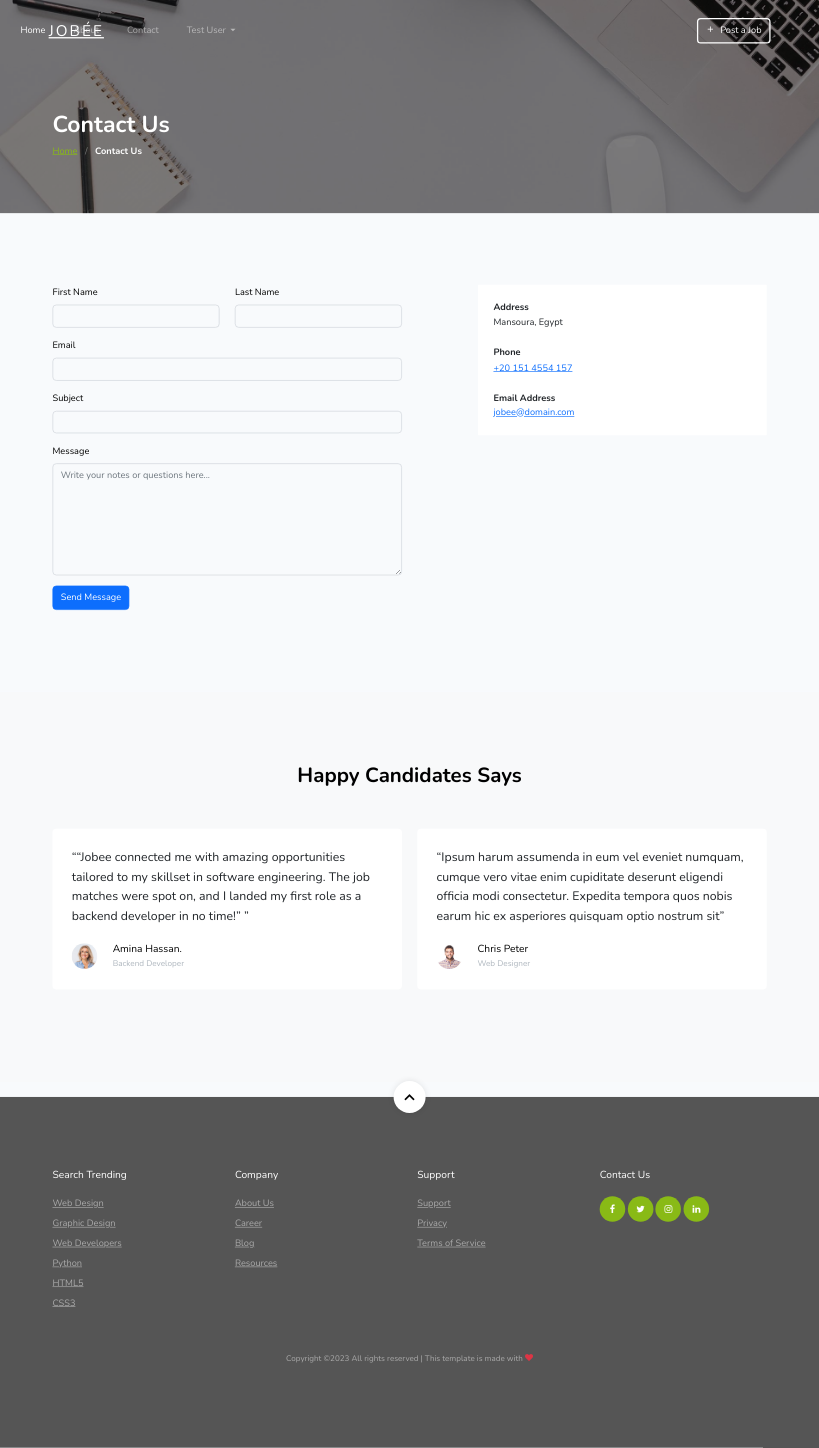
Repository: sara55m/Jobee
Page: http://localhost/contact
The author's editor kept a copy of each file at every save. The page is drawn from the files as they stood at one save, then again after the next save.
The browser window is 1280 px wide. The pictures show the whole page, at 64% of full size.
The page is served by the project's Laravel application, run on PHP 8.4 with Laravel 10. A made-up administrator, Test User (test@example.com), is signed in. Other server files are loaded and not shown. Style sheets and scripts are compiled from the project's sources, by tool versions that may differ from the author's.

Above is the page before, as saved 2024-10-31 05:05:42.

### routes/web.php
<?php

use Illuminate\Support\Facades\Route;
use App\Http\Controllers\HomeController;
use App\Http\Controllers\Jobs\JobsController;
use App\Http\Controllers\Categories\CategoriesController;
use App\Http\Controllers\Users\UsersController;
use Illuminate\Support\Facades\Auth;

/*
|--------------------------------------------------------------------------
| Web Routes
|--------------------------------------------------------------------------
|
| Here is where you can register web routes for your application. These
| routes are loaded by the RouteServiceProvider and all of them will
| be assigned to the "web" middleware group. Make something great!
|
*/

Route::get('/', function () {
    return view('welcome');
});

Auth::routes();

Route::get('/home', [HomeController::class, 'index'])->name('home');
Route::get('/about',[HomeController::class, 'about'])->name('about');
Route::get('/contact',[HomeController::class, 'contact'])->name('contact');

Route::group(['prefix'=>'jobs'],function(){
    Route::get('/single/{id}', [JobsController::class, 'single'])->name('single.job');
    Route::post('/save', [JobsController::class, 'saveJob'])->name('save.job');
    Route::post('/apply', [JobsController::class, 'jobApply'])->name('apply.job');
});

Route::group(['prefix'=>'categories'],function(){
    Route::get('/single/{name}', [CategoriesController::class, 'singleCategory'])->name('categories.single');
});

Route::group(['prefix'=>'users'],function(){
    Route::get('/profile', [UsersController::class, 'profile'])->name('profile');

    Route::get('/applications', [UsersController::class, 'applications'])->name('applications');

    Route::get('/savedjobs', [UsersController::class, 'savedJobs'])->name('saved.jobs');

    Route::get('/edit_details', [UsersController::class, 'editDetails'])->name('edit.details');

    Route::put('/update_details', [UsersController::class, 'updateDetails'])->name('update.details');

    Route::get('/edit_cv', [UsersController::class, 'editCV'])->name('edit.cv');

    Route::post('/update_cv', [UsersController::class, 'updateCV'])->name('update.cv');

    Route::get('/edit_image', [UsersController::class, 'editImage'])->name('edit.image');

    Route::post('/update_image', [UsersController::class, 'updateImage'])->name('update.image');
});

### app/Models/User.php
<?php

namespace App\Models;

// use Illuminate\Contracts\Auth\MustVerifyEmail;
use Illuminate\Database\Eloquent\Factories\HasFactory;
use Illuminate\Foundation\Auth\User as Authenticatable;
use Illuminate\Notifications\Notifiable;
use Laravel\Sanctum\HasApiTokens;

class User extends Authenticatable
{
    use HasApiTokens, HasFactory, Notifiable;

    /**
     * The attributes that are mass assignable.
     *
     * @var array<int, string>
     */
    protected $fillable = [
        'name',
        'email',
        'password',
        'image',
        'cv',
        'job_title',
        'bio',
        'facebook',
        'twitter',
        'linkedin',
    ];

    /**
     * The attributes that should be hidden for serialization.
     *
     * @var array<int, string>
     */
    protected $hidden = [
        'password',
        'remember_token',
    ];

    /**
     * The attributes that should be cast.
     *
     * @var array<string, string>
     */
    protected $casts = [
        'email_verified_at' => 'datetime',
    ];
}

### app/Models/Admin/Admin.php
<?php

namespace App\Models\Admin;

// use Illuminate\Contracts\Auth\MustVerifyEmail;
use Illuminate\Database\Eloquent\Factories\HasFactory;
use Illuminate\Foundation\Auth\User as Authenticatable;
use Illuminate\Notifications\Notifiable;
use Laravel\Sanctum\HasApiTokens;

class Admin extends Authenticatable
{


    /**
     * The attributes that are mass assignable.
     *
     * @var array<int, string>
     */
    protected $fillable = [
        'name',
        'email',
        'password',
        'created_at',
        'updated_at'
    ];

    /**
     * The attributes that should be hidden for serialization.
     *
     * @var array<int, string>
     */
    protected $hidden = [
        'password'
    ];

    /**
     * The attributes that should be cast.
     *
     * @var array<string, string>
     */
//     protected $casts = [
//         'email_verified_at' => 'datetime',
//     ];
}

### app/Http/Controllers/HomeController.php
<?php

namespace App\Http\Controllers;

use Illuminate\Http\Request;
use App\Models\Job\Job;

class HomeController extends Controller
{
    /**
     * Create a new controller instance.
     *
     * @return void
     */
    public function __construct()
    {
        $this->middleware('auth');
    }

    /**
     * Show the application dashboard.
     *
     * @return \Illuminate\Contracts\Support\Renderable
     */
    public function index()
    {
        $jobs= Job::select()->take(1000)->orderby('id' , 'desc')->get();
        $totalJobs= Job::all()->count();
        return view('home', compact('jobs', 'totalJobs'));
    }

    public function about(){
        return view('pages.about');
    }

    public function contact(){
        return view('pages.contact');
    }
}

### resources/views/pages/contact.blade.php
@extends('layouts.app')
@section('content')
<!-- HOME -->
<section class="section-hero overlay inner-page bg-image" style="background-image: url('{{asset('assets/images/hero_1.jpg')}}');margin-top:-24px;" id="home-section">
    <div class="container">
      <div class="row">
        <div class="col-md-7">
          <h1 class="text-white font-weight-bold">Contact Us</h1>
          <div class="custom-breadcrumbs">
            <a href="#">Home</a> <span class="mx-2 slash">/</span>
            <span class="text-white"><strong>Contact Us</strong></span>
          </div>
        </div>
      </div>
    </div>
  </section>

  <section class="site-section" id="next-section">
    <div class="container">
      <div class="row">
        <div class="col-lg-6 mb-5 mb-lg-0">
          <form action="#" class="">

            <div class="row form-group">
              <div class="col-md-6 mb-3 mb-md-0">
                <label class="text-black" for="fname">First Name</label>
                <input type="text" id="fname" class="form-control">
              </div>
              <div class="col-md-6">
                <label class="text-black" for="lname">Last Name</label>
                <input type="text" id="lname" class="form-control">
              </div>
            </div>

            <div class="row form-group">

              <div class="col-md-12">
                <label class="text-black" for="email">Email</label>
                <input type="email" id="email" class="form-control">
              </div>
            </div>

            <div class="row form-group">

              <div class="col-md-12">
                <label class="text-black" for="subject">Subject</label>
                <input type="subject" id="subject" class="form-control">
              </div>
            </div>

            <div class="row form-group">
              <div class="col-md-12">
                <label class="text-black" for="message">Message</label>
                <textarea name="message" id="message" cols="30" rows="7" class="form-control" placeholder="Write your notes or questions here..."></textarea>
              </div>
            </div>

            <div class="row form-group">
              <div class="col-md-12">
                <input type="submit" value="Send Message" class="btn btn-primary btn-md text-white">
              </div>
            </div>


          </form>
        </div>
        <div class="col-lg-5 ml-auto">
          <div class="p-4 mb-3 bg-white">
            <p class="mb-0 font-weight-bold">Address</p>
            <p class="mb-4"> Mansoura, Egypt</p>

            <p class="mb-0 font-weight-bold">Phone</p>
            <p class="mb-4"><a href="#">+20 151 4554 157</a></p>

            <p class="mb-0 font-weight-bold">Email Address</p>
            <p class="mb-0"><a href="#">jobee@domain.com</a></p>

          </div>
        </div>
      </div>
    </div>
  </section>

  <section class="site-section bg-light">
    <div class="container">
      <div class="row mb-5">
        <div class="col-12 text-center" data-aos="fade">
          <h2 class="section-title mb-3">Happy Candidates Says</h2>
        </div>
      </div>
      <div class="row">
        <div class="col-lg-6">
          <div class="block__87154 bg-white rounded">
            <blockquote>
              <p>&ldquo;“Jobee connected me with amazing opportunities tailored to my skillset in software engineering. The job matches were spot on, and I landed my first role as a backend developer in no time!”
               &rdquo;</p>
            </blockquote>
            <div class="block__91147 d-flex align-items-center">
              <figure class="mr-4"><img src="{{asset('assets/images/person_6.jpg')}}" alt="Image" class="img-fluid"></figure>
              <div>
                <h3>  Amina Hassan. </h3>
                <span class="position">Backend Developer</span>
              </div>
            </div>
          </div>
        </div>

        <div class="col-lg-6">
          <div class="block__87154 bg-white rounded">
            <blockquote>
              <p>&ldquo;Ipsum harum assumenda in eum vel eveniet numquam, cumque vero vitae enim cupiditate deserunt eligendi officia modi consectetur. Expedita tempora quos nobis earum hic ex asperiores quisquam optio nostrum sit&rdquo;</p>
            </blockquote>
            <div class="block__91147 d-flex align-items-center">
              <figure class="mr-4"><img src="{{asset('assets/images/person_2.jpg')}}" alt="Image" class="img-fluid"></figure>
              <div>
                <h3>Chris Peter</h3>
                <span class="position">Web Designer</span>
              </div>
            </div>
          </div>
        </div>


      </div>
    </div>
  </section>
  @endsection

### resources/views/layouts/app.blade.php
<!doctype html>
<html lang="{{ str_replace('_', '-', app()->getLocale()) }}">
<head>
    <meta charset="utf-8">
    <meta name="viewport" content="width=device-width, initial-scale=1">

    <!-- CSRF Token -->
    <meta name="csrf-token" content="{{ csrf_token() }}">

    <title>{{ config('app.name', 'Laravel') }}</title>

    <!-- Fonts -->
    <link rel="dns-prefetch" href="//fonts.bunny.net">
    <link href="https://fonts.bunny.net/css?family=Nunito" rel="stylesheet">

     <!-- Our CSS and JS Files -->
    <link rel="stylesheet" href="{{ asset('assets/css/custom-bs.css')}}">
    <link rel="stylesheet" href="{{ asset('assets/css/jquery.fancybox.min.css') }}">
    <link rel="stylesheet" href="{{ asset('assets/css/bootstrap-select.min.css') }}">
    <link rel="stylesheet" href="{{ asset ('assets/fonts/icomoon/style.css') }}">
    <link rel="stylesheet" href="{{ asset('assets/fonts/line-icons/style.css') }}">
    <link rel="stylesheet" href="{{ asset('assets/css/owl.carousel.min.css') }}">
    <link rel="stylesheet" href="{{ asset('assets/css/animate.min.css') }}">
    <link rel="stylesheet" href="{{ asset('assets/css/quill.snow.css')}}">

    <!-- MAIN CSS -->
    <link rel="stylesheet" href="{{ asset('assets/css/style.css') }}">

    <!-- Scripts -->
    @vite(['resources/sass/app.scss', 'resources/js/app.js'])
</head>
<body>
    <div id="app">
         <!-- NAVBAR -->
    <header class="site-navbar mt-3">
        <div class="container-fluid">
          <div class="row align-items-center">
            <div class="site-logo col-6"><a href="{{route('home')}}">jobée</a></div>

            <nav class="mx-auto site-navigation">
              <ul class="site-menu js-clone-nav d-none d-xl-block ml-0 pl-0">
                <li><a href="{{route('home')}}" class="nav-link active">Home</a></li>

                <li><a href="{{route('about')}}">About</a></li>
                <li><a href="{{route('contact')}}">Contact</a></li>
                <li class="d-lg-none"><a href="post-job.html"><span class="mr-2">+</span> Post a Job</a></li>
                @guest
                  @if (Route::has('login'))
                      <li class=""><a href="{{ route('login') }}">Log In</a></li>
                  @endif
                  @if (Route::has('register'))
                       <li class=""><a href="{{ route('register') }}">Register</a></li>
                  @endif
                @else
                    <li class="nav-item dropdown">
                    <a id="navbarDropdown" class="nav-link dropdown-toggle" href="#" role="button" data-toggle="dropdown" aria-haspopup="true" aria-expanded="false" v-pre>
                     {{ Auth::user()->name }}
                    </a>

                  <div class="dropdown-menu dropdown-menu-end" aria-labelledby="navbarDropdown">

                <a class="dropdown-item" href="{{ route('profile') }}">
                    Profile
               </a>

               <a class="dropdown-item" href="{{ route('saved.jobs') }}">
                Saved Jobs
           </a>

           <a class="dropdown-item" href="{{ route('edit.details') }}">
            Update Profile Details
       </a>

       <a class="dropdown-item" href="{{ route('edit.cv') }}">
        Update CV
   </a>

   <a class="dropdown-item" href="{{ route('edit.image') }}">
    Update Image
</a>

               <a class="dropdown-item" href="{{ route('applications') }}">
                Applications
           </a>


           <a class="dropdown-item" href="{{ route('logout') }}"
           onclick="event.preventDefault();
                  document.getElementById('logout-form').submit();">
          {{ __('Logout') }}
     </a>


                   <form id="logout-form" action="{{ route('logout') }}" method="POST" class="d-none">
                   @csrf
                       </form>
                        </div>
                         </li>
                @endguest


              </ul>
            </nav>

            <div class="right-cta-menu text-right d-flex aligin-items-center col-6">
              <div class="ml-auto">
                <a href="post-job.html" class="btn btn-outline-white border-width-2 d-none d-lg-inline-block"><span class="mr-2 icon-add"></span>Post a Job</a>

              </div>
              <a href="#" class="site-menu-toggle js-menu-toggle d-inline-block d-xl-none mt-lg-2 ml-3"><span class="icon-menu h3 m-0 p-0 mt-2"></span></a>
            </div>

          </div>
        </div>
      </header>
        {{-- <nav class="navbar navbar-expand-md navbar-light bg-white shadow-sm">
            <div class="container">
                <a class="navbar-brand" href="{{ url('/') }}">
                    {{ config('app.name', 'Laravel') }}
                </a>
                <button class="navbar-toggler" type="button" data-bs-toggle="collapse" data-bs-target="#navbarSupportedContent" aria-controls="navbarSupportedContent" aria-expanded="false" aria-label="{{ __('Toggle navigation') }}">
                    <span class="navbar-toggler-icon"></span>
                </button>

                <div class="collapse navbar-collapse" id="navbarSupportedContent">
                    <!-- Left Side Of Navbar -->
                    <ul class="navbar-nav me-auto">

                    </ul>

                    <!-- Right Side Of Navbar -->
                    <ul class="navbar-nav ms-auto">
                        <!-- Authentication Links -->
                        @guest
                            @if (Route::has('login'))
                                <li class="nav-item">
                                    <a class="nav-link" href="{{ route('login') }}">{{ __('Login') }}</a>
                                </li>
                            @endif

                            @if (Route::has('register'))
                                <li class="nav-item">
                                    <a class="nav-link" href="{{ route('register') }}">{{ __('Register') }}</a>
                                </li>
                            @endif
                        @else
                            <li class="nav-item dropdown">
                                <a id="navbarDropdown" class="nav-link dropdown-toggle" href="#" role="button" data-bs-toggle="dropdown" aria-haspopup="true" aria-expanded="false" v-pre>
                                    {{ Auth::user()->name }}
                                </a>

                                <div class="dropdown-menu dropdown-menu-end" aria-labelledby="navbarDropdown">
                                    <a class="dropdown-item" href="{{ route('logout') }}"
                                       onclick="event.preventDefault();
                                                     document.getElementById('logout-form').submit();">
                                        {{ __('Logout') }}
                                    </a>

                                    <form id="logout-form" action="{{ route('logout') }}" method="POST" class="d-none">
                                        @csrf
                                    </form>
                                </div>
                            </li>
                        @endguest
                    </ul>
                </div>
            </div>
        </nav> --}}

        <main class="py-4">
            @yield('content')
        </main>
    </div>

    <footer class="site-footer">

        <a href="#top" class="smoothscroll scroll-top">
          <span class="icon-keyboard_arrow_up"></span>
        </a>

        <div class="container">
          <div class="row mb-5">
            <div class="col-6 col-md-3 mb-4 mb-md-0">
              <h3>Search Trending</h3>
              <ul class="list-unstyled">
                <li><a href="#">Web Design</a></li>
                <li><a href="#">Graphic Design</a></li>
                <li><a href="#">Web Developers</a></li>
                <li><a href="#">Python</a></li>
                <li><a href="#">HTML5</a></li>
                <li><a href="#">CSS3</a></li>
              </ul>
            </div>
            <div class="col-6 col-md-3 mb-4 mb-md-0">
              <h3>Company</h3>
              <ul class="list-unstyled">
                <li><a href="#">About Us</a></li>
                <li><a href="#">Career</a></li>
                <li><a href="#">Blog</a></li>
                <li><a href="#">Resources</a></li>
              </ul>
            </div>
            <div class="col-6 col-md-3 mb-4 mb-md-0">
              <h3>Support</h3>
              <ul class="list-unstyled">
                <li><a href="#">Support</a></li>
                <li><a href="#">Privacy</a></li>
                <li><a href="#">Terms of Service</a></li>
              </ul>
            </div>
            <div class="col-6 col-md-3 mb-4 mb-md-0">
              <h3>Contact Us</h3>
              <div class="footer-social">
                <a href="#"><span class="icon-facebook"></span></a>
                <a href="#"><span class="icon-twitter"></span></a>
                <a href="#"><span class="icon-instagram"></span></a>
                <a href="#"><span class="icon-linkedin"></span></a>
              </div>
            </div>
          </div>

          <div class="row text-center">
            <div class="col-12">
              <p class="copyright"><small>
                <!-- Link back to Colorlib can't be removed. Template is licensed under CC BY 3.0. -->
              Copyright &copy;<script>document.write(new Date().getFullYear());</script> All rights reserved | This template is made with <i class="icon-heart text-danger" aria-hidden="true"></i>
              <!-- Link back to Colorlib can't be removed. Template is licensed under CC BY 3.0. --></small></p>
            </div>
          </div>
        </div>
      </footer>

     <!-- SCRIPTS -->
    <script src="{{asset('assets/js/jquery.min.js')}}"></script>
    <script src="{{asset('assets/js/bootstrap.bundle.min.js')}}"></script>
    <script src="{{asset('assets/js/isotope.pkgd.min.js')}}"></script>
    <script src="{{asset('assets/js/stickyfill.min.js')}}"></script>
    <script src="{{asset('assets/js/jquery.fancybox.min.js')}}"></script>
    <script src="{{asset('assets/js/jquery.easing.1.3.js')}}"></script>

    <script src="assets/js/jquery.waypoints.min.js"></script>
    <script src="assets/js/jquery.animateNumber.min.js"></script>
    <script src="assets/js/owl.carousel.min.js"></script>
    <script src="assets/js/quill.min.js"></script>


    <script src="assets/js/bootstrap-select.min.js"></script>

    <script src="assets/js/custom.js"></script>

</body>
</html>

Loaded but not shown: app/Http/Controllers/Auth/ConfirmPasswordController.php (common file); app/Http/Controllers/Controller.php (common file); public/assets/css/custom-bs.css (library); public/assets/css/jquery.fancybox.min.css (library); public/assets/css/bootstrap-select.min.css (library); public/assets/fonts/icomoon/style.css (common file); public/assets/fonts/line-icons/style.css (common file); public/assets/css/owl.carousel.min.css (library); public/assets/css/animate.min.css (library); public/assets/js/jquery.min.js (library); public/assets/js/bootstrap.bundle.min.js (library); public/assets/js/isotope.pkgd.min.js (library); public/assets/js/stickyfill.min.js (library); public/assets/js/jquery.fancybox.min.js (library); public/assets/js/jquery.easing.1.3.js (library); public/assets/js/jquery.waypoints.min.js (library); public/assets/js/jquery.animateNumber.min.js (common file); public/assets/js/owl.carousel.min.js (library); public/assets/js/quill.min.js (library); public/assets/js/bootstrap-select.min.js (library); resources/sass/app.scss (common file); resources/sass/_variables.scss (common file); public/assets/js/custom.js (264 lines, source omitted); public/assets/css/style.css (1669 lines, source omitted); public/assets/css/quill.snow.css (883 lines, source omitted)

After the next save:
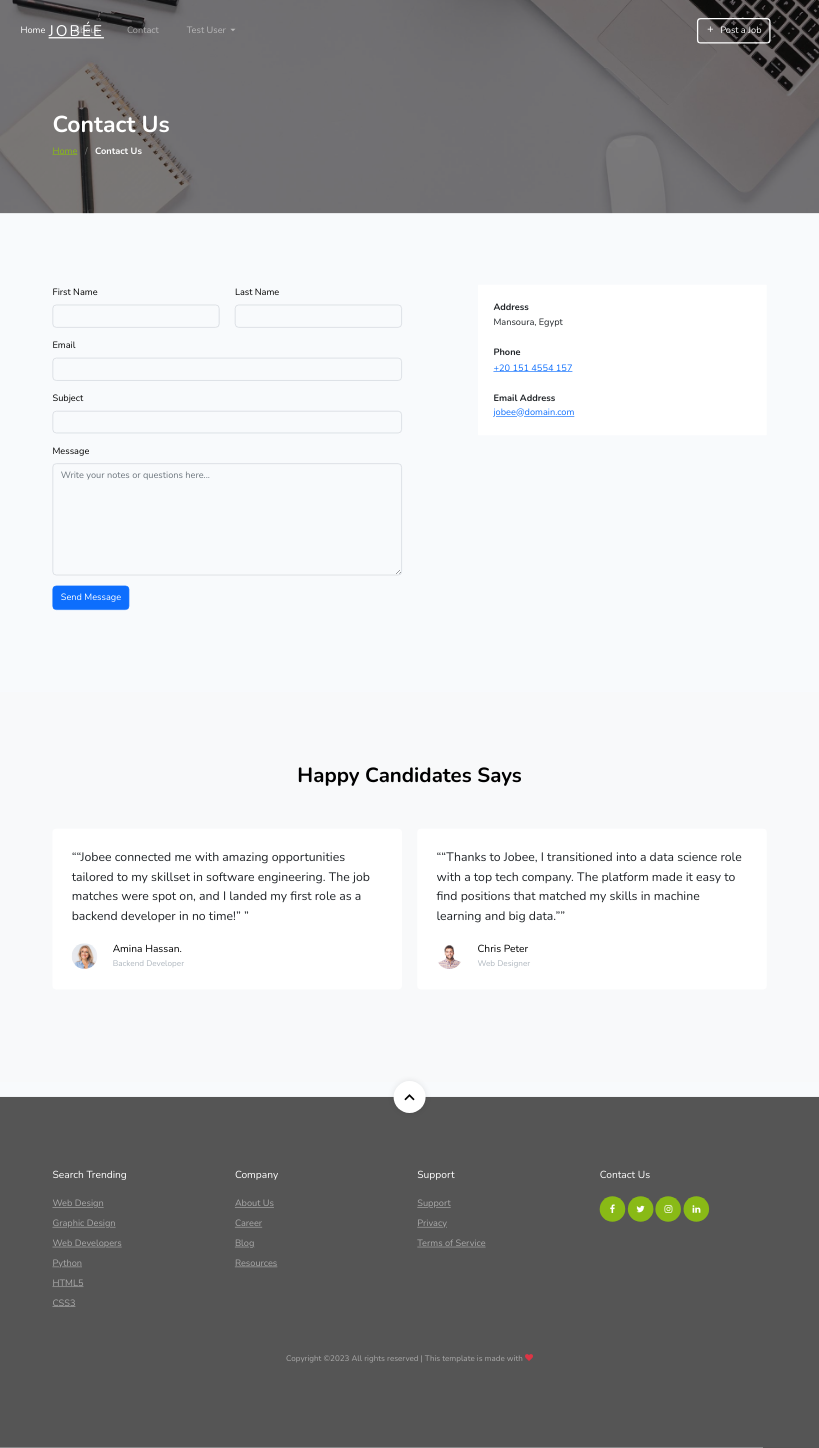
Saved 23 s later.
--- a/resources/views/pages/contact.blade.php
+++ b/resources/views/pages/contact.blade.php
@@ -108,7 +108,7 @@
         <div class="col-lg-6">
           <div class="block__87154 bg-white rounded">
             <blockquote>
-              <p>&ldquo;Ipsum harum assumenda in eum vel eveniet numquam, cumque vero vitae enim cupiditate deserunt eligendi officia modi consectetur. Expedita tempora quos nobis earum hic ex asperiores quisquam optio nostrum sit&rdquo;</p>
+              <p>&ldquo;“Thanks to Jobee, I transitioned into a data science role with a top tech company. The platform made it easy to find positions that matched my skills in machine learning and big data.”&rdquo;</p>
             </blockquote>
             <div class="block__91147 d-flex align-items-center">
               <figure class="mr-4"><img src="{{asset('assets/images/person_2.jpg')}}" alt="Image" class="img-fluid"></figure>
